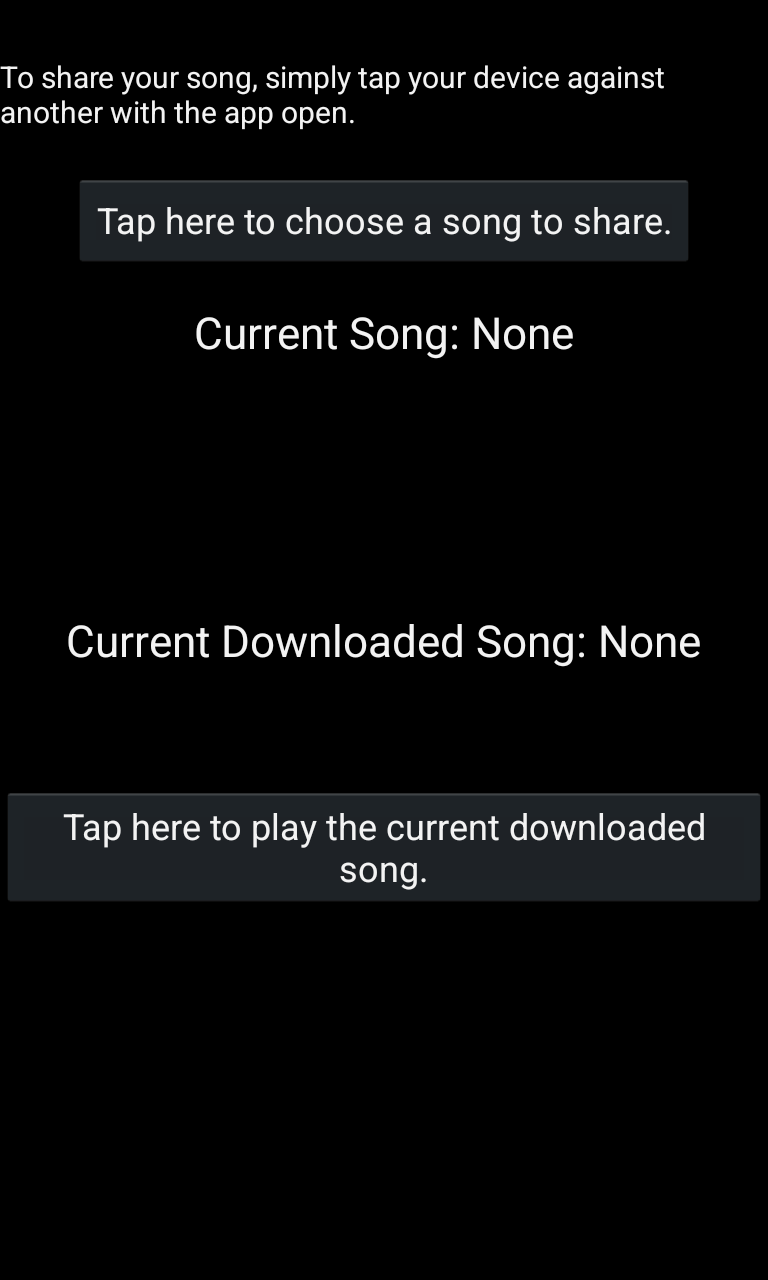
Repository: griff1/idpa2012projects
Layout: workspace/Player/res/layout/main2.xml
An editor plug-in stored every save of this project. The layout is shown before and after the next save, followed by the edit.
It is drawn on a 768 x 1280 px phone screen (xhdpi) without system bars, with theme android:Theme.Holo; the app's code is not run.

Above is the layout before, as saved 2012-08-01 15:02:14.

### workspace/Player/res/layout/main2.xml
<?xml version="1.0" encoding="utf-8"?>
<LinearLayout xmlns:android="http://schemas.android.com/apk/res/android"
    android:layout_width="match_parent"
    android:layout_height="match_parent"
    android:orientation="vertical" >




    <RelativeLayout
        android:id="@+id/relativeLayout1"
        android:layout_width="match_parent"
        android:layout_height="match_parent" >




        <TextView
            android:id="@+id/textView1"
            android:layout_width="wrap_content"
            android:layout_height="wrap_content"
            android:layout_alignParentTop="true"
            android:layout_centerHorizontal="true"
            android:layout_marginTop="151dp"
            android:text="@string/CurrentSong2"
            android:textAppearance="?android:attr/textAppearanceLarge" />

        <TextView
            android:id="@+id/textView2"
            android:layout_width="wrap_content"
            android:layout_height="wrap_content"
            android:layout_alignParentLeft="true"
            android:layout_alignParentTop="true"
            android:layout_marginTop="28dp"
            android:text="@string/Share"
            android:textAppearance="?android:attr/textAppearanceLarge"
            android:textSize="15dp" />

        <Button
            android:id="@+id/button1"
            android:layout_width="wrap_content"
            android:layout_height="wrap_content"
            android:layout_below="@+id/textView2"
            android:layout_centerHorizontal="true"
            android:layout_marginTop="20dp"
            android:text="@string/Tap" />



        <TextView
            android:id="@+id/textView3"
            android:layout_width="wrap_content"
            android:layout_height="wrap_content"
            android:layout_centerHorizontal="true"
            android:layout_centerVertical="true"
            android:text="@string/CurrentSong3"
            android:textAppearance="?android:attr/textAppearanceLarge" />


        <Button
            android:id="@+id/button2"
            android:layout_width="wrap_content"
            android:layout_height="wrap_content"
            android:layout_below="@+id/textView3"
            android:layout_centerHorizontal="true"
            android:layout_marginTop="58dp"
            android:text="@string/Tap2" />

    </RelativeLayout>

</LinearLayout>

### workspace/Player/res/values/strings.xml
<?xml version="1.0" encoding="utf-8"?>
<resources>

    <string name="hello">Hello World, BlankActivity!</string>
    <string name="app_name">Blank</string>
    <string name="CurrentSong">Current Song</string>
    <string name="CurrentSong2">Current Song: None</string>
    <string name="Tap">Tap here to choose a song to share.</string>
    <string name="Share">"To share your song, simply tap your device against another with the app open. "</string>
    <string name="Downloaded">"Current Downloaded Song: "</string>
    <string name="Tap2">Tap here to play the current downloaded song.</string>
    <string name="CurrentSong3">Current Downloaded Song: None</string>
    <string name="CurrentSong4">Current Song:\\n</string>
    <string name="Play">Play</string>
    <string name="Pause">Pause</string>

</resources>

After the next save:
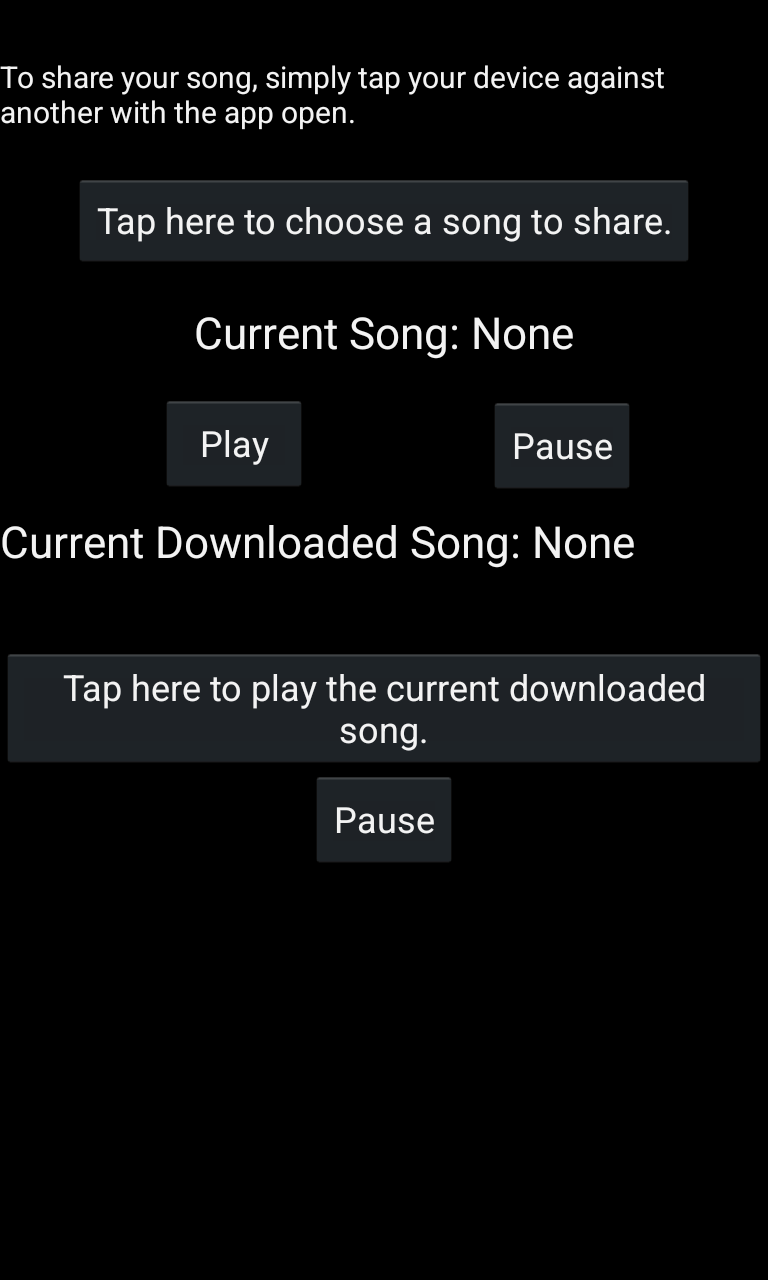
Saved 80 s later.
--- a/workspace/Player/res/layout/main2.xml
+++ b/workspace/Player/res/layout/main2.xml
@@ -7,13 +7,12 @@
 
 
 
+
+
     <RelativeLayout
         android:id="@+id/relativeLayout1"
         android:layout_width="match_parent"
         android:layout_height="match_parent" >
-
-
-
 
         <TextView
             android:id="@+id/textView1"
@@ -45,26 +44,56 @@
             android:layout_marginTop="20dp"
             android:text="@string/Tap" />
 
-
-
         <TextView
             android:id="@+id/textView3"
             android:layout_width="wrap_content"
             android:layout_height="wrap_content"
-            android:layout_centerHorizontal="true"
-            android:layout_centerVertical="true"
+            android:layout_alignParentLeft="true"
+            android:layout_below="@+id/textView1"
+            android:layout_marginTop="75dp"
             android:text="@string/CurrentSong3"
             android:textAppearance="?android:attr/textAppearanceLarge" />
-
 
         <Button
             android:id="@+id/button2"
             android:layout_width="wrap_content"
             android:layout_height="wrap_content"
+            android:layout_alignParentLeft="true"
             android:layout_below="@+id/textView3"
+            android:layout_marginTop="38dp"
+            android:text="@string/Tap2" />
+
+
+
+        <Button
+            android:id="@+id/button4"
+            android:layout_width="75dp"
+            android:layout_height="50dp"
+            android:layout_below="@+id/button2"
             android:layout_centerHorizontal="true"
-            android:layout_marginTop="58dp"
-            android:text="@string/Tap2" />
+            android:text="@string/Pause" />
+
+
+        <Button
+            android:id="@+id/button3"
+            android:layout_width="75dp"
+            android:layout_height="50dp"
+            android:layout_below="@+id/textView1"
+            android:layout_marginTop="16dp"
+            android:layout_toLeftOf="@+id/button4"
+            android:text="@string/Play" />
+
+
+
+        <Button
+            android:id="@+id/button5"
+            android:layout_width="75dp"
+            android:layout_height="50dp"
+            android:layout_alignBaseline="@+id/button3"
+            android:layout_alignBottom="@+id/button3"
+            android:layout_marginLeft="14dp"
+            android:layout_toRightOf="@+id/button4"
+            android:text="@string/Pause" />
 
     </RelativeLayout>
 
